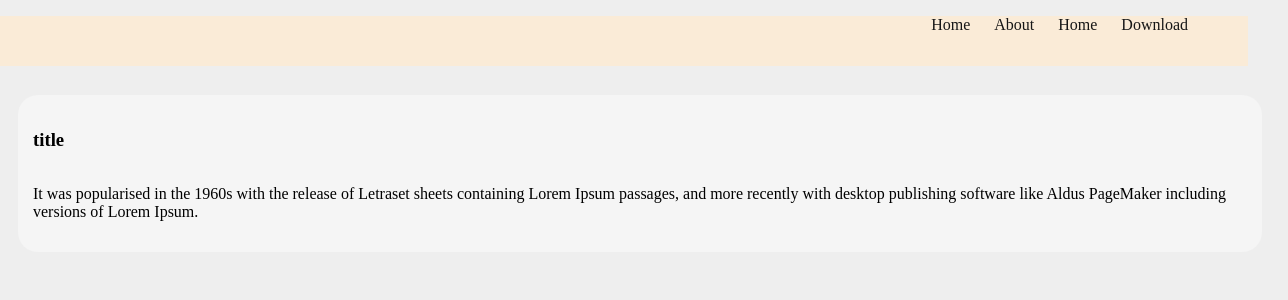
Repository: RafalSiuta/notiweb
Page: policy.html
The author's editor kept a copy of each file at every save. The page is drawn from the files as they stood at one save, then again after the next save.
The browser window is 1280 px wide. The page is 1288 px wide, so the pictures cover 1288 px, including what lies to the right of the window. The pictures show the whole page.

Above is the page before, as saved 2024-12-14 21:24:24.

After the next save:
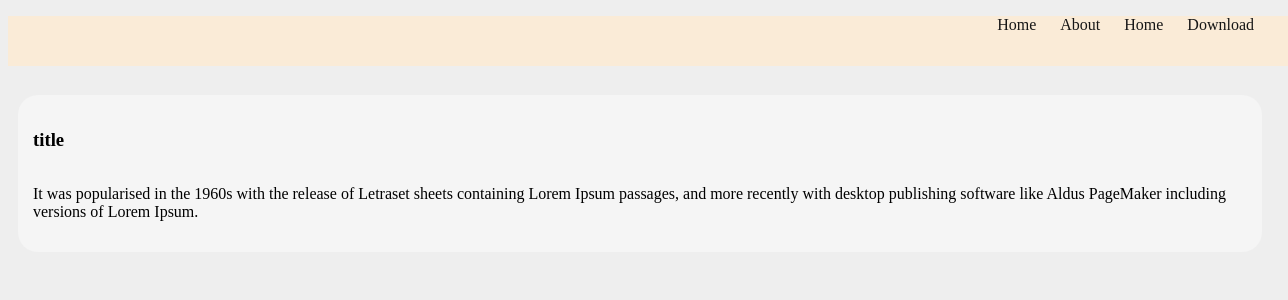
Saved 11 s later.
--- a/styles/styles.css
+++ b/styles/styles.css
@@ -14,7 +14,6 @@
     width: 95vw;
     height: 50px;
     top: 0;
-    right: 2.5vw;
     padding-right:50px;
     background-color: antiquewhite;
     position: fixed;
